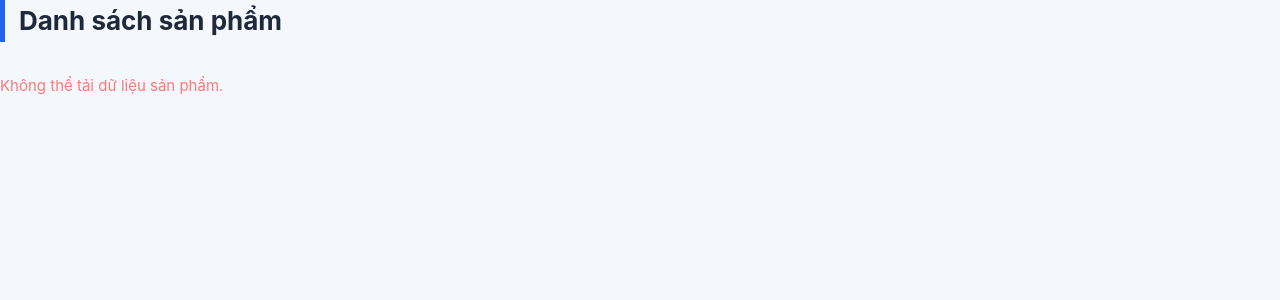
Repository: binhphanbp/WEB2064_JavaScript-Advanced_WD20305
Page: lesson/lesson6/project-cuongle/products.html
These files come from the project's save history. The page is drawn as it stood at one moment and after a run of saves; the edit follows.
The browser window is 1280 px wide. The pictures show the whole page.
The page's requests for data from a server got no answer.

Above is the page before, as saved 2025-09-29 15:28:37.

After the next 2 saves:
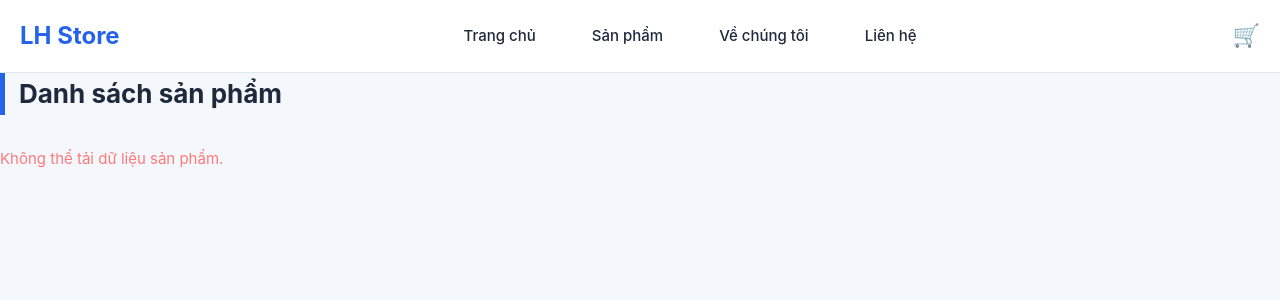
The 2 saves are shown as one change because they came seconds apart.
The last was saved 4 min 57 s later.
--- a/lesson/lesson6/project-cuongle/products.html
+++ b/lesson/lesson6/project-cuongle/products.html
@@ -7,6 +7,23 @@
     <link rel="stylesheet" href="style.css" />
   </head>
   <body>
+    <header class="site-header">
+      <div class="container header-inner">
+        <a class="logo" href="index.html">LH Store</a>
+
+        <nav class="nav">
+          <a href="index.html">Trang chủ</a>
+          <a href="products.html">Sản phẩm</a>
+          <a href="#about">Về chúng tôi</a>
+          <a href="#contact">Liên hệ</a>
+        </nav>
+
+        <div class="header-cart">
+          <a href="#mini-cart" title="Giỏ hàng"> 🛒 </a>
+        </div>
+      </div>
+    </header>
+
     <h2 class="section-title">Danh sách sản phẩm</h2>
     <section id="all-products" class="grid grid-4"></section>
 
